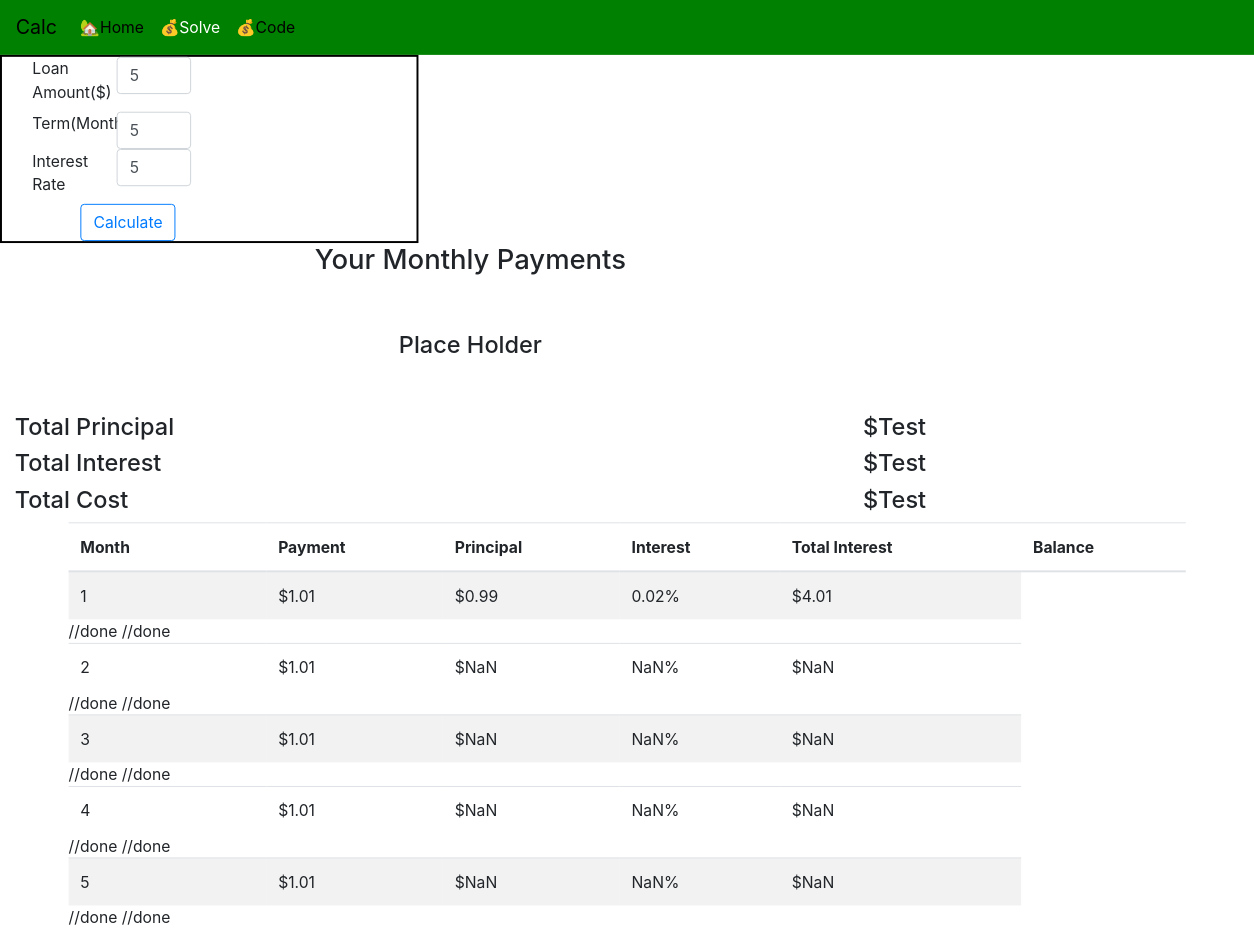
Repository: zhadjah9559/MortgageManager
Page: solve.html
An editor plug-in stored every save of this project. The page is shown before and after the next save, followed by the edit.
The browser window is 1280 px wide. The pictures show the whole page, at 98% of full size.
Empty fields were first filled with sample values (such as "Sample", 5 or name@example.com).
After loading, the first visible `button.btn` was clicked once.

Above is the page before, as saved 2021-01-16 14:37:10.

### solve.html
<!doctype html>
<html lang="en">
  <head>
    <title>Mortgage Loan Calculator</title>
    <!-- Required meta tags -->
    <meta charset="utf-8">
    <meta name="viewport" content="width=device-width, initial-scale=1, shrink-to-fit=no">

    <!-- Bootstrap CSS -->
    <link rel="stylesheet" href="https://stackpath.bootstrapcdn.com/bootstrap/4.3.1/css/bootstrap.min.css" integrity="sha384-ggOyR0iXCbMQv3Xipma34MD+dH/1fQ784/j6cY/iJTQUOhcWr7x9JvoRxT2MZw1T" crossorigin="anonymous">
    <link rel="stylesheet" href="css/custom.css">
    <link rel="stylesheet" href="css/prism.css">
  </head>
  <body>

    <nav class="navbar navbar-expand-sm navbar-dark" style="background-color: green;">
        <a class="navbar-brand" href="#">Calc</a>
        <button class="navbar-toggler d-lg-none" type="button" data-toggle="collapse" data-target="#collapsibleNavId" aria-controls="collapsibleNavId"
            aria-expanded="false" aria-label="Toggle navigation"></button>
        <div class="collapse navbar-collapse" id="collapsibleNavId">
            <ul class="navbar-nav mr-auto mt-2 mt-lg-0">
                <li class="nav-item ">
                    <a class="nav-link" href="index.html">🏡Home </a>
                </li>
                <li class="nav-item active">
                    <a class="nav-link" href="solve.html">💰Solve <span class="sr-only">(current)</span></a>
                </li>
                <li class="nav-item">
                    <a class="nav-link" href="code.html">💰Code</a>
                </li>
            </ul>
        </div>
    </nav>

    </div>

    <div class="container-fluid">
        <div class="row">

            <div class="col-lg-4" style="border:2px solid black;">
                <div class="row">
                    <div class="col-2 ml-3">
                        <label for="Loan Amount">Loan Amount($)</label>
                    </div>
                    <div class="col-3 ml-3">
                        <input type="number" class="form-control" id="loanAmount" placeholder="100000">
                    </div>
                </div>
                <div class="row">
                    <div class="col-2 ml-3">
                        <label for="Term">Term(Months)</label>
                    </div>
                    <div class="col-3 ml-3">
                        <input type="number" class="form-control" id="months" placeholder="60">
                    </div>
                </div>
                <div class="row">
                    <div class="col-2 ml-3">
                        <label for="Interest Rate">Interest Rate</label>
                    </div>
                    <div class="col-3 ml-3">
                        <input type="number" class="form-control" id="interestRate" placeholder="3.5%">
                    </div>
                </div>
                <div class="row offset-2">
                    <button class="btn btn-outline-primary" type="submit" onclick="calculateLoan()">Calculate</button>
                </div>
            </div>



            <div class="col-lg-9 mr-3" style="border:px solid black;">
                <div class="row justify-content-center">
                    <h3>Your Monthly Payments</h3>
                </div>


                <div class="row justify-content-center mt-5">
                    <h4 id="monthlyPayment">Place Holder</h4>
                </div>


                <div class="row justify-content-center mt-5">
                    <div class="col-3">
                        <h4>Total Principal</h4>
                    </div>
                    <div class="col-3 offset-6">
                        <h4 id="totalPrincipalOutput" class="text-right">$Test</h4>
                    </div>


                    <div class="col-3">
                        <h4>Total Interest</h4>
                    </div>
                    <div class="col-3 offset-6">
                        <h4 id="totalInterestOutput" class="text-right">$Test</h4>
                    </div>


                    <div class="col-3">
                        <h4>Total Cost</h4>
                    </div>
                    <div class="col-3 offset-6">
                        <h4 id="totalCostOutput" class="text-right">$Test</h4>
                    </div>

                </div>
            </div>

        </div>
    </div>


    <div class="container">
        <div class="row">
            <table class="table table-striped">
                <thead>
                    <tr>
                        <th>Month</th>
                        <th>Payment</th>
                        <th>Principal</th>
                        <th>Interest</th>
                        <th>Total Interest</th>
                        <th>Balance</th>
                    </tr>
                </thead>
                <tbody id="tBody">

                </tbody>
            </table>
        </div>
    </div>



    <!-- Optional JavaScript -->
    <!-- jQuery first, then Popper.js, then Bootstrap JS -->
    <script src="https://code.jquery.com/jquery-3.3.1.slim.min.js" integrity="sha384-q8i/X+965DzO0rT7abK41JStQIAqVgRVzpbzo5smXKp4YfRvH+8abtTE1Pi6jizo" crossorigin="anonymous"></script>
    <script src="https://cdnjs.cloudflare.com/ajax/libs/popper.js/1.14.7/umd/popper.min.js" integrity="sha384-UO2eT0CpHqdSJQ6hJty5KVphtPhzWj9WO1clHTMGa3JDZwrnQq4sF86dIHNDz0W1" crossorigin="anonymous"></script>
    <script src="https://stackpath.bootstrapcdn.com/bootstrap/4.3.1/js/bootstrap.min.js" integrity="sha384-JjSmVgyd0p3pXB1rRibZUAYoIIy6OrQ6VrjIEaFf/nJGzIxFDsf4x0xIM+B07jRM" crossorigin="anonymous"></script>
    <script src="js/custom.js"></script>
    <script src="js/prism.js"></script>
  </body>
</html>

### css/custom.css
.navbar-dark .navbar-nav .active>.nav-link{
    color:white;
}
.navbar-dark .navbar-nav .nav-link{
    color:black;
}
.navbar .navbar-brand{
    color:black;
}

### css/prism.css
/* PrismJS 1.23.0
https://prismjs.com/download.html#themes=prism-okaidia&languages=markup+css+clike+javascript&plugins=normalize-whitespace */
/**
 * okaidia theme for JavaScript, CSS and HTML
 * Loosely based on Monokai textmate theme by http://www.monokai.nl/
 * @author ocodia
 */

code[class*="language-"],
pre[class*="language-"] {
	color: #f8f8f2;
	background: none;
	text-shadow: 0 1px rgba(0, 0, 0, 0.3);
	font-family: Consolas, Monaco, 'Andale Mono', 'Ubuntu Mono', monospace;
	font-size: 1em;
	text-align: left;
	white-space: pre;
	word-spacing: normal;
	word-break: normal;
	word-wrap: normal;
	line-height: 1.5;

	-moz-tab-size: 4;
	-o-tab-size: 4;
	tab-size: 4;

	-webkit-hyphens: none;
	-moz-hyphens: none;
	-ms-hyphens: none;
	hyphens: none;
}

/* Code blocks */
pre[class*="language-"] {
	padding: 1em;
	margin: .5em 0;
	overflow: auto;
	border-radius: 0.3em;
}

:not(pre) > code[class*="language-"],
pre[class*="language-"] {
	background: #272822;
}

/* Inline code */
:not(pre) > code[class*="language-"] {
	padding: .1em;
	border-radius: .3em;
	white-space: normal;
}

.token.comment,
.token.prolog,
.token.doctype,
.token.cdata {
	color: #8292a2;
}

.token.punctuation {
	color: #f8f8f2;
}

.token.namespace {
	opacity: .7;
}

.token.property,
.token.tag,
.token.constant,
.token.symbol,
.token.deleted {
	color: #f92672;
}

.token.boolean,
.token.number {
	color: #ae81ff;
}

.token.selector,
.token.attr-name,
.token.string,
.token.char,
.token.builtin,
.token.inserted {
	color: #a6e22e;
}

.token.operator,
.token.entity,
.token.url,
.language-css .token.string,
.style .token.string,
.token.variable {
	color: #f8f8f2;
}

.token.atrule,
.token.attr-value,
.token.function,
.token.class-name {
	color: #e6db74;
}

.token.keyword {
	color: #66d9ef;
}

.token.regex,
.token.important {
	color: #fd971f;
}

.token.important,
.token.bold {
	font-weight: bold;
}
.token.italic {
	font-style: italic;
}

.token.entity {
	cursor: help;
}

### js/custom.js
function calculateLoan(){
    let loanAmount = parseInt( document.getElementById("loanAmount").value )
    let months = parseInt( document.getElementById("months").value )
    //before the very first month
    let remainingBalance = new Array()
    remainingBalance.push( loanAmount )

    //DONT FORGET TO CONVERT THIS TO A PERCENTAGE
    let interestRate = parseInt( document.getElementById("interestRate").value )

    //Keep track of interest payments
    let interestPayment = new Array();

    //Keep track of principal payments
    let principalPayments = new Array();

    //END OF DECLARATIONS*******************************************************

    //input validation to make sure interest is solid number
    if(interestRate >= 100){

    }

    //Total Monthly Payment  ***STATIC variable***                                       //(1+rate/1200)^(-NumberOfMonths)
    const totalMonthlyPayment = (loanAmount) * (interestRate/1200) / (1 -   Math.pow( (1 + interestRate/1200) , (-months) ) )


    //loop will perform 60 times meaning you will get 60 indices
    for (let i = 0; i < months; i++) {
        //Interest Payment
        interestPayment.push(  (remainingBalance) * (interestRate/1200)  )

        //principal payment
        principalPayments.push(  totalMonthlyPayment - interestPayment  )

        remainingBalance.push( remainingBalance - principalPayments)
    }






    //will later on be used in order to display output
    let tBody ="";
    for (let i = 0; i < months; i++) {
        tBody += `<tr> <td>${ i+1 }</td>
                       <td>$${  (Math.round(totalMonthlyPayment * 100) / 100).toFixed(2) }</td>             //done
                       <td>$${  (Math.round(principalPayments[i] * 100) / 100).toFixed(2)   }</td>          //done
                       <td>${   (Math.round(interestPayment[i] * 100) / 100).toFixed(2) }%</td>
                       <td>$${  (Math.round(remainingBalance[i+1] * 100) / 100).toFixed(2)   }</td>
                 </tr>`
    }
    document.getElementById("tBody").innerHTML = tBody


}

Loaded but not shown: js/prism.js (library)

After the next save:
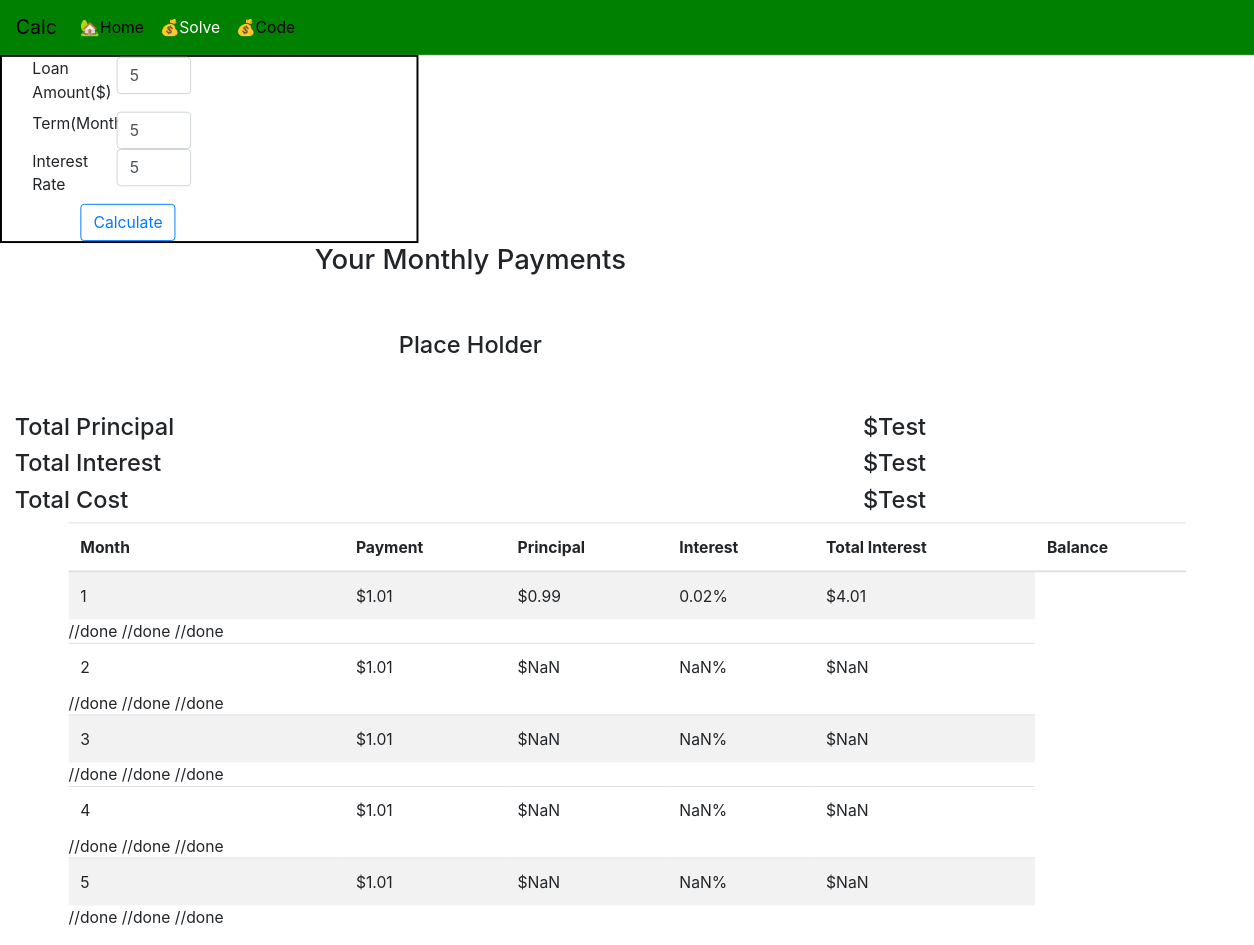
Saved 8 s later.
--- a/js/custom.js
+++ b/js/custom.js
@@ -44,7 +44,7 @@ function calculateLoan(){
     //will later on be used in order to display output
     let tBody ="";
     for (let i = 0; i < months; i++) {
-        tBody += `<tr> <td>${ i+1 }</td>
+        tBody += `<tr> <td>${ i+1 }</td>                                                                    //done
                        <td>$${  (Math.round(totalMonthlyPayment * 100) / 100).toFixed(2) }</td>             //done
                        <td>$${  (Math.round(principalPayments[i] * 100) / 100).toFixed(2)   }</td>          //done
                        <td>${   (Math.round(interestPayment[i] * 100) / 100).toFixed(2) }%</td>
